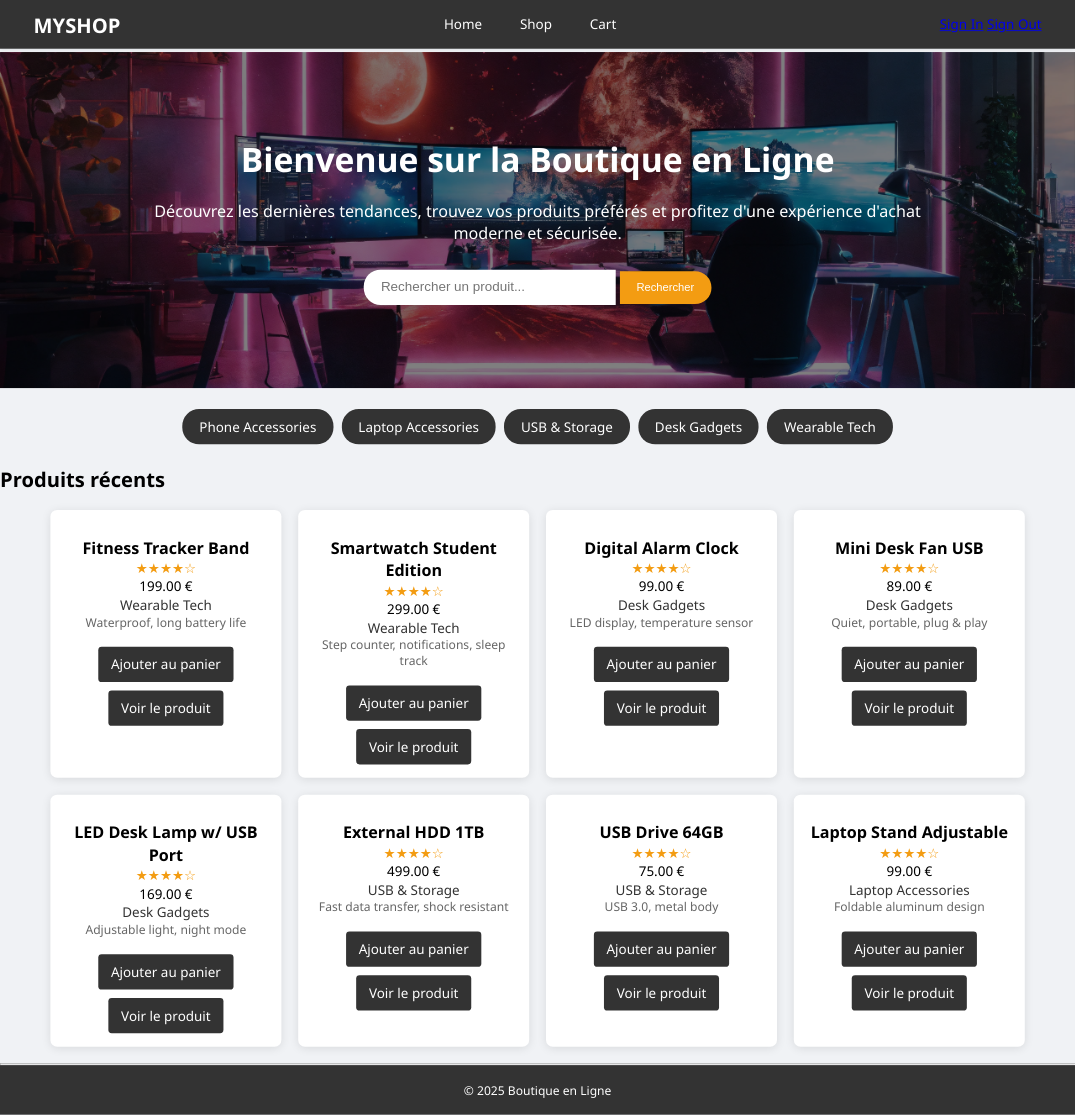
Repository: kiraj-walid/ecomerce
Page: http://localhost/
An editor plug-in stored every save of this project. The page is shown before and after the next save, followed by the edit.
The browser window is 1280 px wide. The pictures show the whole page, at 84% of full size.
The page is run by PHP 8.4 with error messages shown; the project is at /var/www/html/. The database holds what the project's SQL file puts in it. Queries for data that is not in the repository find no rows.

Above is the page before, as saved 2025-05-07 15:15:32.

### index.php
<?php
require_once 'includes/db.php';
require_once 'includes/functions.php';
include 'includes/header.php';

// Fetch the 8 latest products
$products = $pdo->query('SELECT * FROM produits ORDER BY id DESC LIMIT 8')->fetchAll();

// Fetch categories for quick filters
$categories = $pdo->query("SELECT DISTINCT categorie FROM produits WHERE categorie IS NOT NULL AND categorie != ''")->fetchAll(PDO::FETCH_COLUMN);
?>

<div class="hero-section" style="background-image: url('assets/images/landingpage.webp');">
    <div class="hero-overlay"></div>
    <div class="hero-content">
        <div class="hero-text">
            <h1>Bienvenue sur la Boutique en Ligne</h1>
            <p>Découvrez les dernières tendances, trouvez vos produits préférés et profitez d'une expérience d'achat moderne et sécurisée.</p>
        </div>
        <div class="hero-search">
            <form action="search.php" method="GET">
                <input type="text" name="q" placeholder="Rechercher un produit..." class="search-input">
                <button type="submit" class="hero-btn">Rechercher</button>
            </form>
        </div>
    </div>
</div>

<?php if (!empty($categories)) : ?>
    <div class="category-filters">
        <?php foreach ($categories as $cat) : ?>
            <a href="search.php?category=<?= urlencode($cat) ?>" class="category-card"><?= htmlspecialchars($cat) ?></a>
        <?php endforeach; ?>
    </div>
<?php endif; ?>

<h2 class="recent-products-title">Produits récents</h2>

<?php if (count($products) === 0) : ?>
    <p class="no-products">Aucun produit disponible.</p>
<?php else : ?>
    <div class="product-listing">
        <?php foreach ($products as $prod) : ?>
            <div class="product-card">
                <?php
                $stmt_imgs = $pdo->prepare('SELECT image FROM images_produit WHERE produit_id = ?');
                $stmt_imgs->execute([$prod['id']]);
                $images = $stmt_imgs->fetchAll(PDO::FETCH_COLUMN);
                ?>
                <div class="product-gallery">
                    <?php if ($images && count($images) > 0): ?>
                        <img src="assets/images/<?= htmlspecialchars($images[0]) ?>" alt="<?= htmlspecialchars($prod['nom']) ?>" class="product-image">
                    <?php endif; ?>
                </div>
                <div class="product-info">
                    <strong><?= htmlspecialchars($prod['nom']) ?></strong><br>
                    <div class="product-rating">★★★★☆</div>
                    <span><?= number_format($prod['prix'], 2) ?> €</span><br>
                    <span class="product-category"><?= htmlspecialchars($prod['categorie']) ?></span><br>
                    <div class="product-desc">
                        <?= htmlspecialchars(mb_strimwidth($prod['description'], 0, 80, '...')) ?>
                    </div>
                    <div class="product-actions">
                        <a href="cart.php?add=<?= $prod['id'] ?>" class="add-to-cart-btn">Ajouter au panier</a>
                        <a href="product.php?id=<?= $prod['id'] ?>" class="product-details-btn">Voir le produit</a>
                    </div>
                </div>
            </div>
        <?php endforeach; ?>
    </div>
<?php endif; ?>

<?php include 'includes/footer.php'; ?>

### includes/db.php
<?php
// Connexion à la base de données
$host = 'localhost';
$db   = 'boutique';
$user = 'root';
$pass = '';
$charset = 'utf8mb4';

$dsn = "mysql:host=$host;dbname=$db;charset=$charset";
$options = [
    PDO::ATTR_ERRMODE            => PDO::ERRMODE_EXCEPTION,
    PDO::ATTR_DEFAULT_FETCH_MODE => PDO::FETCH_ASSOC,
    PDO::ATTR_EMULATE_PREPARES   => false,
];
try {
     $pdo = new PDO($dsn, $user, $pass, $options);
} catch (PDOException $e) {
     exit('Erreur de connexion à la base de données : ' . $e->getMessage());
}

### includes/functions.php
<?php
session_start();

function is_logged_in() {
    return isset($_SESSION['user_id']);
}

function is_admin() {
    return isset($_SESSION['role']) && $_SESSION['role'] === 'admin';
}

function redirect($url) {
    header('Location: ' . $url);
    exit();
}

### includes/header.php
<?php
require_once __DIR__ . '/functions.php';
?>
<!DOCTYPE html>
<html lang="fr">
<head>
    <meta charset="UTF-8">
    <title>Boutique en Ligne</title>
    <link rel="stylesheet" href="assets/css/style.css">
</head>
<body>
<nav>
    <div class="nav-container">
        <a href="#" class="logo">MyShop</a>
        <div class="nav-links">
            <a href="index.php">Home</a>
            <a href="shop.php">Shop</a>
            <a href="cart.php">Cart</a>
        </div>
        <div class="auth-links">
            <a href="login.php" class="sign-in-btn">Sign In</a>
            <a href="logout.php" class="sign-out-btn">Sign Out</a>
        </div>
    </div>
</nav>

<hr>

### includes/footer.php
<hr>
<footer>
    <p>&copy; <?php echo date('Y'); ?> Boutique en Ligne</p>
</footer>
</body>
</html>

### assets/css/style.css
/* General Reset */
* {
    margin: 0;
    padding: 0;
    box-sizing: border-box;
}

body {
    font-family: 'Segoe UI', sans-serif;
    background-color: #f0f2f5;
    margin: 0;
}

/* Navbar */
nav {
    background-color: #333;
    padding: 10px 20px;
    position: fixed;
    top: 0;
    left: 0;
    width: 100%;
    z-index: 10;
    box-shadow: 0 2px 5px rgba(0, 0, 0, 0.1);
}

nav .nav-container {
    display: flex;
    justify-content: space-between;
    align-items: center;
    max-width: 1200px;
    margin: 0 auto;
}

nav .logo {
    font-size: 1.5em;
    color: white;
    font-weight: bold;
    text-transform: uppercase;
    text-decoration: none;
}

nav .nav-links {
    display: flex;
    gap: 15px;
}

nav .nav-links a {
    color: white;
    text-decoration: none;
    font-size: 1em;
    padding: 8px 15px;
    border-radius: 20px;
    transition: background-color 0.3s;
}

nav .nav-links a:hover {
    background-color: #f39c12;
    color: #333;
}

/* Hero Section */
.hero-section {
    position: relative;
    background-image: url('assets/images/landingpage.webp');
    background-size: cover;
    background-position: center;
    height: 400px;
    color: white;
    display: flex;
    justify-content: center;
    align-items: center;
    text-align: center;
    overflow: hidden; /* Prevent image from going beyond the section */
    margin-top: 60px; /* Add margin to push content below the navbar */
}

.hero-overlay {
    position: absolute;
    top: 0;
    left: 0;
    width: 100%;
    height: 100%;
    background: rgba(0, 0, 0, 0.5);
}

.hero-content {
    position: relative;
    z-index: 2;
    padding: 20px;
    max-width: 80%;
    margin: 0 auto;
}

.hero-content h1 {
    font-size: 2.5em;
    margin-bottom: 20px;
}

.hero-content p {
    font-size: 1.2em;
    margin-bottom: 30px;
}

.hero-search {
    display: flex;
    justify-content: center;
    margin-top: 20px;
}

.hero-search input {
    padding: 12px 20px;
    font-size: 1em;
    border-radius: 20px 0 0 20px;
    border: none;
    width: 300px;
}

.hero-search button {
    padding: 12px 20px;
    background-color: #f39c12;
    color: white;
    border: none;
    border-radius: 0 20px 20px 0;
    cursor: pointer;
}

.hero-search button:hover {
    background-color: #e67e22;
}

/* Category Filters */
.category-filters {
    display: flex;
    justify-content: center;
    margin: 20px 0;
    flex-wrap: wrap;
}

.category-card {
    background-color: #333;
    color: white;
    padding: 10px 20px;
    margin: 5px;
    text-decoration: none;
    border-radius: 20px;
    font-size: 1em;
}

.category-card:hover {
    background-color: #555;
}

/* Product Listing */
.product-listing {
    display: grid;
    grid-template-columns: repeat(auto-fill, minmax(250px, 1fr));
    gap: 20px;
    padding: 20px;
    max-width: 1200px;
    margin: 0 auto;
}

.product-card {
    background-color: white;
    padding: 16px;
    border-radius: 8px;
    box-shadow: 0 2px 12px rgba(0, 0, 0, 0.1);
    transition: transform 0.3s, box-shadow 0.3s;
}

.product-card:hover {
    transform: translateY(-4px);
    box-shadow: 0 4px 16px rgba(0, 0, 0, 0.1);
}

.product-gallery {
    text-align: center;
    margin-bottom: 15px;
}

.product-image {
    max-width: 100%;
    height: auto;
    border-radius: 6px;
}

.product-info {
    text-align: center;
}

.product-info strong {
    font-size: 1.2em;
    margin: 10px 0;
}

.product-rating {
    font-size: 1em;
    color: #f39c12;
}

.product-category {
    font-size: 1em;
    color: #333;
    margin-bottom: 10px;
}

.product-desc {
    font-size: 0.9em;
    color: #666;
    margin-bottom: 10px;
}

.product-actions a {
    display: inline-block;
    padding: 10px 15px;
    margin-top: 10px;
    background-color: #333;
    color: white;
    text-decoration: none;
    border-radius: 4px;
}

.product-actions a:hover {
    background-color: #555;
}

/* Footer */
footer {
    text-align: center;
    color: #888;
    font-size: 0.9em;
    padding: 20px;
    background-color: #333;
    color: white;
}

### sql/schema.sql (the tables this page reads)
CREATE TABLE IF NOT EXISTS produits (
    id INT AUTO_INCREMENT PRIMARY KEY,
    nom VARCHAR(100),
    description TEXT,
    prix DECIMAL(10,2),
    categorie VARCHAR(50),
    image VARCHAR(255)
);

INSERT INTO produits (nom, prix, description, categorie) VALUES
('Silicone Phone Case', 39, 'Ultra-thin, shockproof, multiple colors', 'Phone Accessories'),
('Wireless Earbuds', 129, 'Bluetooth 5.0, 4h battery life', 'Phone Accessories'),
('Magnetic Phone Holder', 49, 'For car or desk, 360° rotation', 'Phone Accessories'),
('Fast Charging Cable (Type-C)', 29, 'Braided, durable, 1.5m length', 'Phone Accessories');

INSERT INTO produits (nom, prix, description, categorie) VALUES
('Laptop Cooling Pad', 139, '5 silent fans, adjustable tilt angles', 'Laptop Accessories'),
('Wireless Mouse', 79, 'Compact, USB receiver included', 'Laptop Accessories'),
('Laptop Stand Adjustable', 99, 'Foldable aluminum design', 'Laptop Accessories');

INSERT INTO produits (nom, prix, description, categorie) VALUES
('USB Drive 64GB', 75, 'USB 3.0, metal body', 'USB & Storage'),
('External HDD 1TB', 499, 'Fast data transfer, shock resistant', 'USB & Storage');

INSERT INTO produits (nom, prix, description, categorie) VALUES
('LED Desk Lamp w/ USB Port', 169, 'Adjustable light, night mode', 'Desk Gadgets'),
('Mini Desk Fan USB', 89, 'Quiet, portable, plug & play', 'Desk Gadgets'),
('Digital Alarm Clock', 99, 'LED display, temperature sensor', 'Desk Gadgets');

INSERT INTO produits (nom, prix, description, categorie) VALUES
('Smartwatch Student Edition', 299, 'Step counter, notifications, sleep track', 'Wearable Tech'),
('Fitness Tracker Band', 199, 'Waterproof, long battery life', 'Wearable Tech');

After the next save:
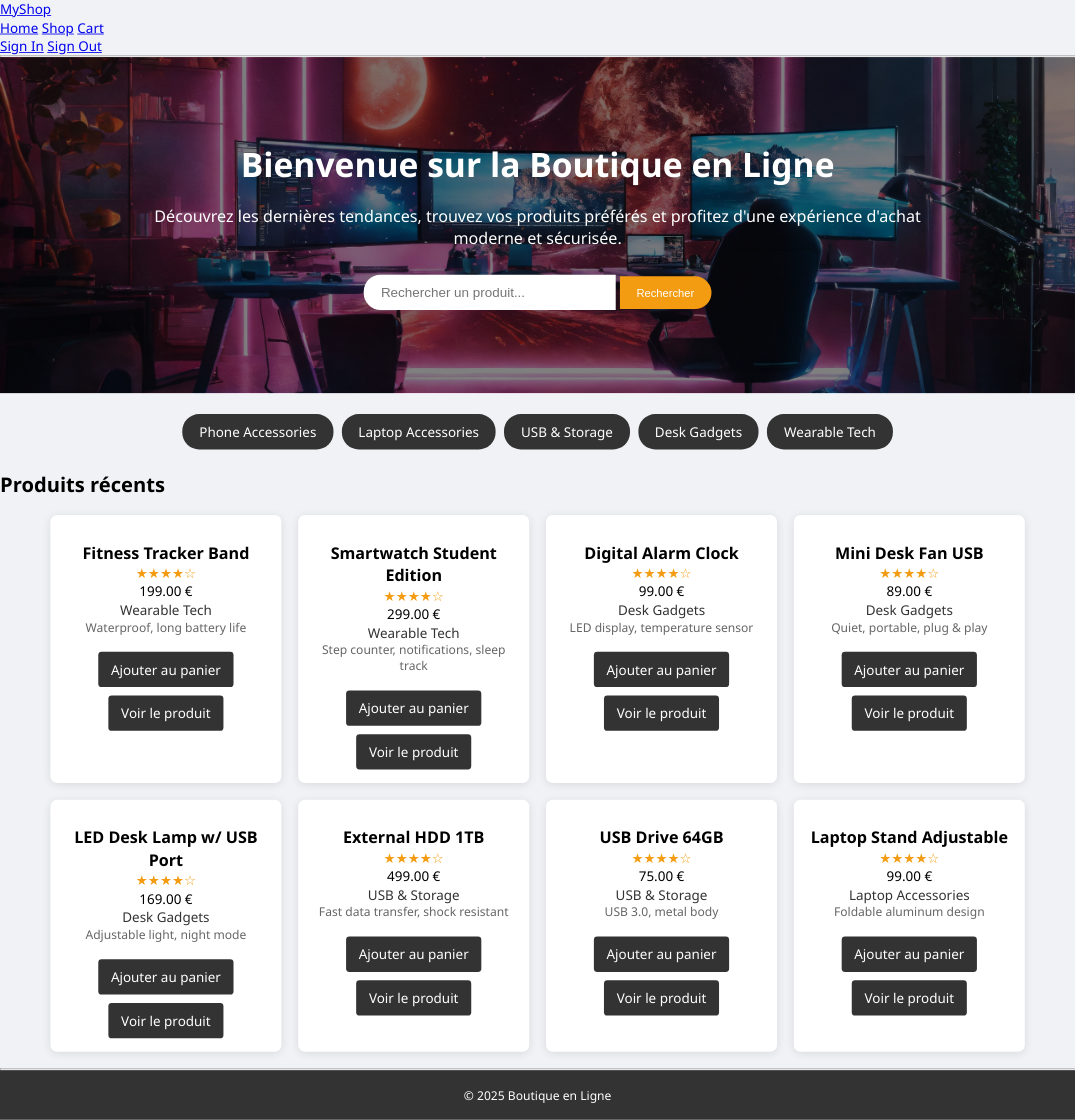
Saved 4 s later.
--- a/assets/css/style.css
+++ b/assets/css/style.css
@@ -8,54 +8,6 @@
 body {
     font-family: 'Segoe UI', sans-serif;
     background-color: #f0f2f5;
-    margin: 0;
-}
-
-/* Navbar */
-nav {
-    background-color: #333;
-    padding: 10px 20px;
-    position: fixed;
-    top: 0;
-    left: 0;
-    width: 100%;
-    z-index: 10;
-    box-shadow: 0 2px 5px rgba(0, 0, 0, 0.1);
-}
-
-nav .nav-container {
-    display: flex;
-    justify-content: space-between;
-    align-items: center;
-    max-width: 1200px;
-    margin: 0 auto;
-}
-
-nav .logo {
-    font-size: 1.5em;
-    color: white;
-    font-weight: bold;
-    text-transform: uppercase;
-    text-decoration: none;
-}
-
-nav .nav-links {
-    display: flex;
-    gap: 15px;
-}
-
-nav .nav-links a {
-    color: white;
-    text-decoration: none;
-    font-size: 1em;
-    padding: 8px 15px;
-    border-radius: 20px;
-    transition: background-color 0.3s;
-}
-
-nav .nav-links a:hover {
-    background-color: #f39c12;
-    color: #333;
 }
 
 /* Hero Section */
@@ -71,7 +23,6 @@ nav .nav-links a:hover {
     align-items: center;
     text-align: center;
     overflow: hidden; /* Prevent image from going beyond the section */
-    margin-top: 60px; /* Add margin to push content below the navbar */
 }
 
 .hero-overlay {
